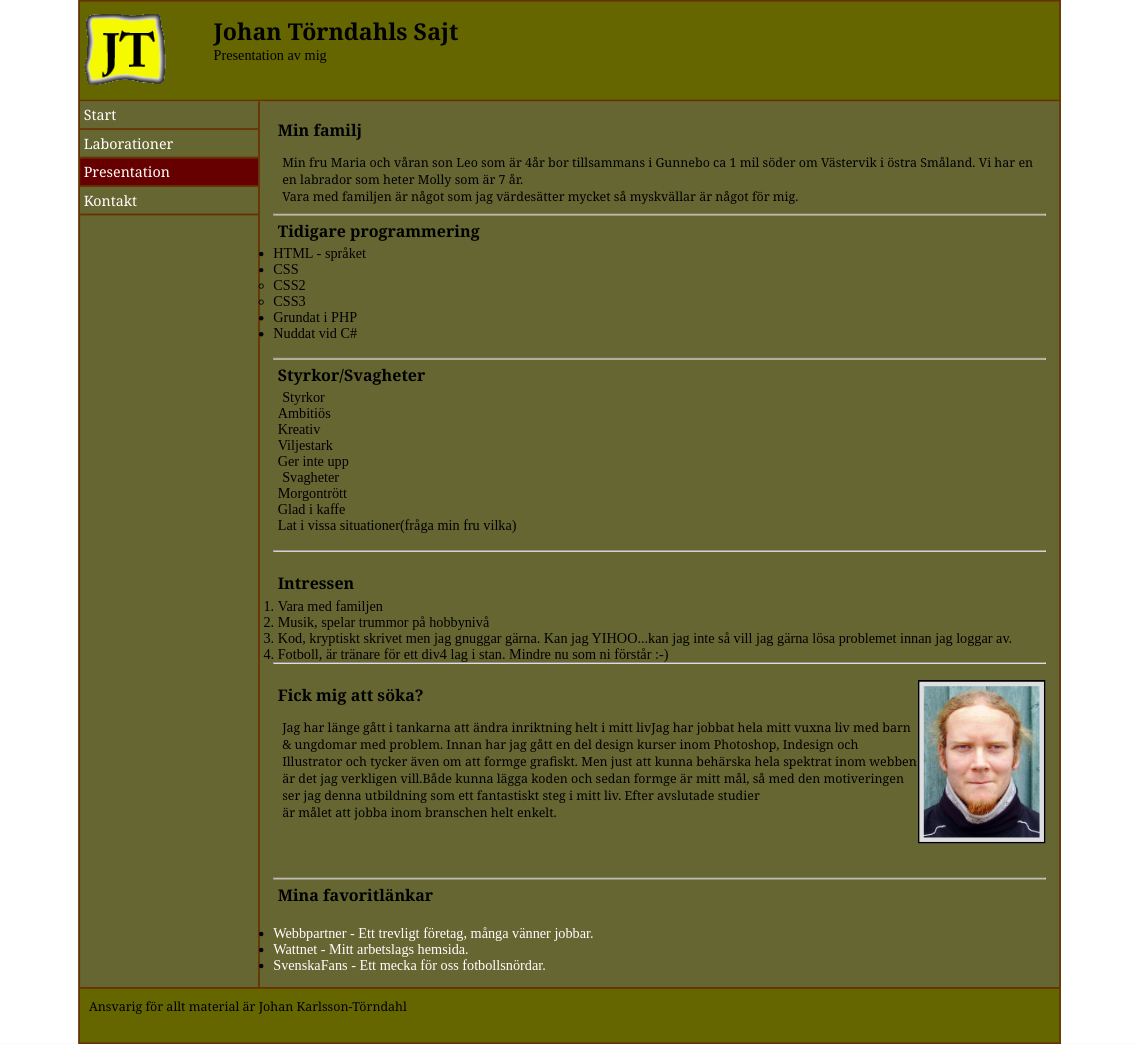
Repository: jt222ia/1ik415-jt222ia-laborationer
Page: pages/presentation.html
The author's editor kept a record of every edit. The page is drawn from the files as they stood at one moment, then again after the next edit.
The browser window is 1280 px wide. The pictures show the whole page, at 89% of full size.

Above is the page before.

After the next edit:
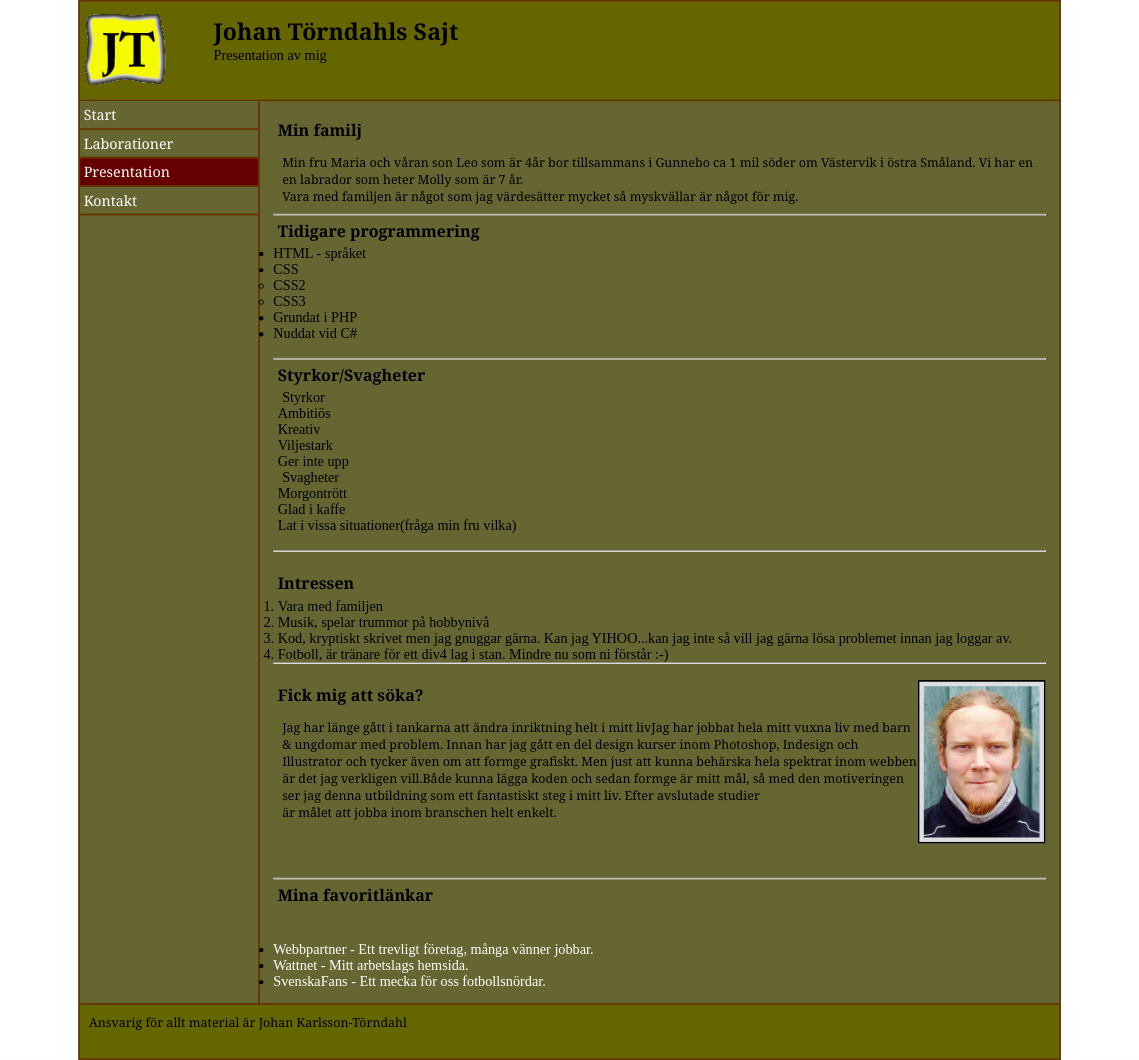
The edit:
--- a/pages/presentation.html
+++ b/pages/presentation.html
@@ -90,7 +90,7 @@
      <!-- Nu avslutar jag presentationen av mig. Hoppas det var trevlig läsning -->
                      <br><br><br>
                       <hr />
-            <h3>Mina favoritlänkar</h3><br>
+            <h3>Mina favoritlänkar</h3><br><br>
                      <ul>
                          <li><a href="http://www.webbpartner.se" target="_blank">Webbpartner - Ett trevligt företag, många vänner jobbar.</a></li>
                          <li><a href="http://www.wattnet.se" target="_blank">Wattnet - Mitt arbetslags hemsida.</a></li>
